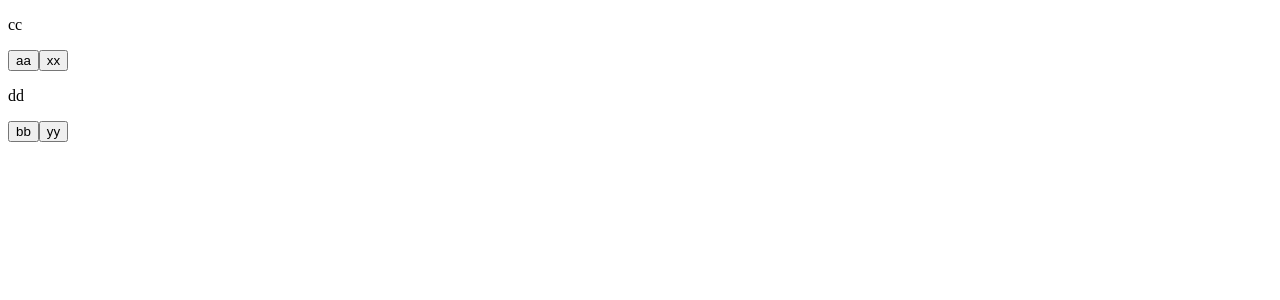
Repository: SolarHalo/dbe
Page: http://localhost/test.php
These files come from the project's save history. The page is drawn as it stood at one moment and after the next save; the edit follows.
The browser window is 1280 px wide. The pictures show the whole page.
The page is run by PHP 8.4 with error messages shown; the project is at /var/www/html/.

Above is the page before, as saved 2013-03-22 13:37:57.

After the next save:
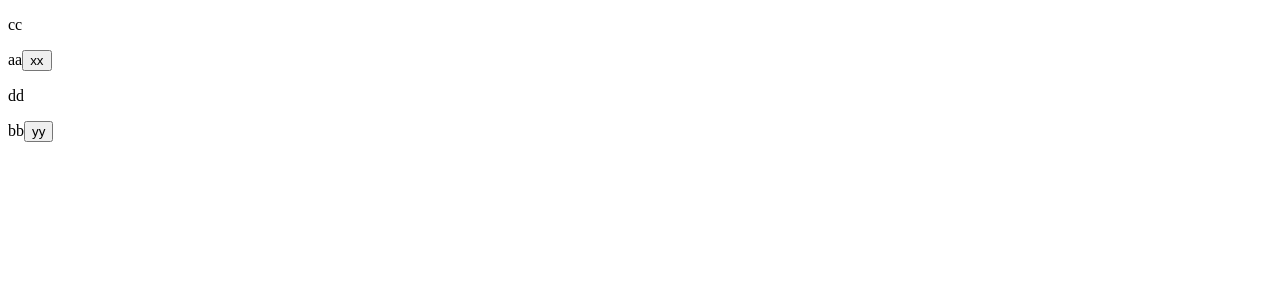
Saved 60 s later.
--- a/test/test.php
+++ b/test/test.php
@@ -19,10 +19,10 @@ $(document).ready(function(){
 <body>
 	<div id="piccontainer">
 		<div>
-			<div><p>cc</p><button  un='aa' class="btn">aa</button><button  un='xx' >xx</button></div>
+			<div><p>cc</p><a  un='aa' class="btn">aa</a><button  un='xx' >xx</button></div>
 		</div>
 		<div>
-			<div><p>dd</p><button  un='bb' class="btn">bb</button><button  un='yy' >yy</button></div>
+			<div><p>dd</p><a  un='bb' class="btn">bb</a><button  un='yy' >yy</button></div>
 		</div>
 	</div>
 </body>
